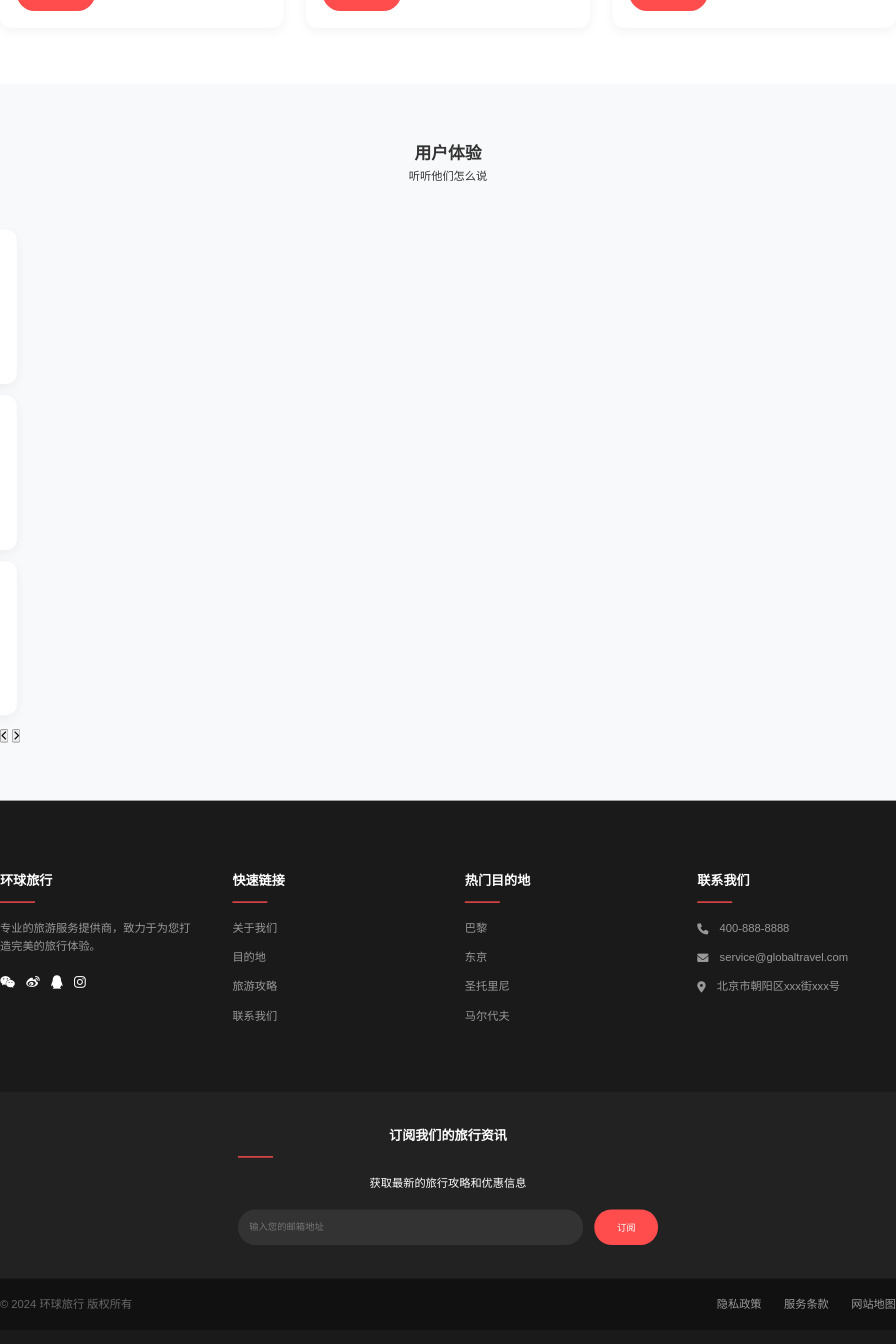
Repository: huang-heavenly-Emperor/travel_1
Page: index.html
An editor plug-in stored every save of this project. The page is shown before and after the next save, followed by the edit.
The browser window is 1280 px wide. The pictures show the part of the page from y = 2444 to 4364 px (the page is 4364 px tall before and 4339 px after), at 70% of full size.
A picture or video elsewhere on the page could not be fetched, so the positions and the page height are approximate.

Above is the page before, as saved 2024-11-18 04:02:05.
Console error: TypeError: Cannot read properties of undefined (reading 'style')

### index.html
<!DOCTYPE html>
<html lang="zh-CN">
<head>
    <meta charset="UTF-8">
    <meta name="viewport" content="width=device-width, initial-scale=1.0">
    <title>环球旅行 - 探索世界的每个角落</title>
    <link rel="stylesheet" href="/css/themes.css">
    <link rel="stylesheet" href="/css/style.css">
    <link rel="stylesheet" href="css/animations.css">
    <link rel="stylesheet" href="css/responsive.css">
    <link rel="stylesheet" href="https://cdnjs.cloudflare.com/ajax/libs/font-awesome/6.0.0/css/all.min.css">
    <script src="/js/theme.js" defer></script>
</head>
<body>
    <!-- 导航栏 -->
    <nav class="main-nav">
        <div class="nav-logo">
            <h1>环球旅行</h1>
        </div>

        <!-- 汉堡菜单按钮 -->
        <div class="hamburger">
            <span></span>
            <span></span>
            <span></span>
        </div>

        <!-- 导航菜单 -->
        <div class="nav-menu">
            <ul class="nav-links">
                <li><a href="index.html">首页</a></li>
                <li><a href="pages/about.html">关于我们</a></li>
                <li><a href="pages/destinations.html">目的地</a></li>
                <li><a href="pages/guide.html">旅游指南</a></li>
                <li><a href="pages/news-events.html">新闻活动</a></li>
                <li><a href="pages/contact.html">联系我们</a></li>
            </ul>
            <div class="theme-switch">
              <button class="theme-toggle" aria-label="切换主题">
                  <i class="fas fa-sun light-icon"></i>
                  <i class="fas fa-moon dark-icon"></i>
              </button>
          </div>
            <div class="nav-auth">
                <a href="pages/login.html" class="btn-login">登录</a>
                <a href="pages/register.html" class="btn-register">注册</a>
            </div>
        </div>
    </nav>

    <!-- 轮播图区域 -->
    <section class="hero-slider">
        <div class="slider-container">
            <div class="slide active">
                <img src="https://via.placeholder.com/1920x1080/5C6BC0/ffffff?text=Beautiful+Destination" alt="目的地">
                <div class="slide-content">
                    <h2>探索巴黎</h2>
                    <p>感受艺术与浪漫的完美融合</p>
                    <a href="pages/destinations/paris.html" class="btn-explore">立即探索</a>
                </div>
            </div>
            <div class="slide">
                <img
                    src="assets/images/placeholders/default.png"
                    data-src="assets/images/placeholders/destination-lg.png"
                    alt="旅行目的地"
                    loading="lazy"
                    class="lazy"
                >
                <div class="slide-content">
                    <h2>遇见东京</h2>
                    <p>体验传统与现代的碰撞</p>
                    <a href="pages/destinations/tokyo.html" class="btn-explore">立即探索</a>
                </div>
            </div>
            <div class="slide">
                <img src="https://via.placeholder.com/1920x1080/5C6BC0/ffffff?text=Beautiful+Destination" alt="目的地">
                <div class="slide-content">
                    <h2>圣托里尼之美</h2>
                    <p>邂逅爱琴海的浪漫风情</p>
                    <a href="pages/destinations/santorini.html" class="btn-explore">立即探索</a>
                </div>
            </div>
        </div>

        <!-- 轮播控制按钮 -->
        <div class="slider-controls">
            <button class="prev-btn"><i class="fas fa-chevron-left"></i></button>
            <button class="next-btn"><i class="fas fa-chevron-right"></i></button>
        </div>

        <!-- 轮播指示点 -->
        <div class="slider-dots">
            <span class="dot active"></span>
            <span class="dot"></span>
            <span class="dot"></span>
        </div>
    </section>

    <!-- 特色目的地 -->
    <section class="featured-destinations">
        <div class="container">
            <div class="section-header">
                <h2>热门目的地</h2>
                <p>探索世界各地的精彩景点</p>
            </div>

            <div class="destination-grid">
                <!-- 巴黎 -->
                <div class="destination-card">
                    <div class="destination-image">
                        <img src="https://picsum.photos/800/600?random=1" alt="巴黎">
                        <div class="destination-info">
                            <h3>巴黎</h3>
                            <p>浪漫之都的艺术与时尚</p>
                            <div class="destination-meta">
                                <span><i class="fas fa-map-marker-alt"></i> 法国</span>
                                <span><i class="fas fa-star"></i> 4.8</span>
                            </div>
                            <a href="#" class="btn-explore">探索更多</a>
                        </div>
                    </div>
                </div>

                <!-- 东京 -->
                <div class="destination-card">
                    <div class="destination-image">
                        <img src="https://picsum.photos/800/600?random=2" alt="东京">
                        <div class="destination-info">
                            <h3>东京</h3>
                            <p>现代与传统的完美融合</p>
                            <div class="destination-meta">
                                <span><i class="fas fa-map-marker-alt"></i> 日本</span>
                                <span><i class="fas fa-star"></i> 4.7</span>
                            </div>
                            <a href="#" class="btn-explore">探索更多</a>
                        </div>
                    </div>
                </div>

                <!-- 圣托里尼 -->
                <div class="destination-card">
                    <div class="destination-image">
                        <img src="https://picsum.photos/800/600?random=3" alt="圣托里尼">
                        <div class="destination-info">
                            <h3>圣托里尼</h3>
                            <p>爱琴海上的白色明珠</p>
                            <div class="destination-meta">
                                <span><i class="fas fa-map-marker-alt"></i> 希腊</span>
                                <span><i class="fas fa-star"></i> 4.9</span>
                            </div>
                            <a href="#" class="btn-explore">探索更多</a>
                        </div>
                    </div>
                </div>
            </div>
        </div>
    </section>

    <!-- 添加特色服务部分 -->
    <section class="features">
        <div class="container">
            <div class="section-header">
                <h2>我们的特色</h2>
                <p>为什么选择环球旅行</p>
            </div>

            <div class="features-grid">
                <div class="feature-item">
                    <i class="fas fa-map-marked-alt"></i>
                    <h3>专业规划</h3>
                    <p>个性化定制旅游路线，满足您的独特需求</p>
                </div>

                <div class="feature-item">
                    <i class="fas fa-shield-alt"></i>
                    <h3>安全保障</h3>
                    <p>全程保险覆盖，24小时专业团队支持</p>
                </div>

                <div class="feature-item">
                    <i class="fas fa-hand-holding-heart"></i>
                    <h3>优质服务</h3>
                    <p>专业导游团队，提供贴心周到的服务</p>
                </div>

                <div class="feature-item">
                    <i class="fas fa-wallet"></i>
                    <h3>价格透明</h3>
                    <p>无隐藏费用，享受最优惠的价格</p>
                </div>
            </div>
        </div>
    </section>

    <!-- 旅游攻略板块 -->
    <section class="travel-guides">
        <div class="container">
            <div class="section-header">
                <h2>旅游攻略</h2>
                <p>专业的旅行建议，让您的旅程更加完美</p>
            </div>

            <div class="guides-grid">
                <!-- 攻略卡片 1 -->
                <div class="guide-card">
                    <div class="guide-image">
                        <img src="https://via.placeholder.com/400x300/7986CB/ffffff?text=Travel+Guide" alt="旅游攻略">
                        <span class="guide-category">实用贴士</span>
                    </div>
                    <div class="guide-content">
                        <h3>首次出国旅行必备指南</h3>
                        <p>护照、签证、行李打包清单，一文掌握出国旅行的所有准备工作...</p>
                        <div class="guide-meta">
                            <span><i class="far fa-eye"></i> 2.5k 阅读</span>
                            <span><i class="far fa-clock"></i> 10 分钟</span>
                        </div>
                        <a href="pages/guides/first-trip.html" class="btn-read">阅读全文</a>
                    </div>
                </div>

                <!-- 攻略卡片 2 -->
                <div class="guide-card">
                    <div class="guide-image">
                        <img src="https://via.placeholder.com/400x300/7986CB/ffffff?text=Travel+Guide" alt="旅游攻略">
                        <span class="guide-category">预算控制</span>
                    </div>
                    <div class="guide-content">
                        <h3>如何规划一次经济实惠的欧洲之旅</h3>
                        <p>机票、住宿、交通、美食，教你如何用最少的预算体验最棒的欧洲之旅...</p>
                        <div class="guide-meta">
                            <span><i class="far fa-eye"></i> 3.1k 阅读</span>
                            <span><i class="far fa-clock"></i> 15 分钟</span>
                        </div>
                        <a href="pages/guides/budget-europe.html" class="btn-read">阅读全文</a>
                    </div>
                </div>

                <!-- 攻略卡片 3 -->
                <div class="guide-card">
                    <div class="guide-image">
                        <img src="https://via.placeholder.com/400x300/7986CB/ffffff?text=Travel+Guide" alt="旅游攻略">
                        <span class="guide-category">摄影技巧</span>
                    </div>
                    <div class="guide-content">
                        <h3>旅行摄影入门：记录完美瞬间</h3>
                        <p>构图技巧、相机设置、后期处理，让您的旅行照片更加专业...</p>
                        <div class="guide-meta">
                            <span><i class="far fa-eye"></i> 1.8k 阅读</span>
                            <span><i class="far fa-clock"></i> 12 分钟</span>
                        </div>
                        <a href="pages/guides/photography.html" class="btn-read">阅读全文</a>
                    </div>
                </div>
            </div>
        </div>
    </section>

    <!-- 用户评价展示 -->
    <section class="testimonials">
        <div class="container">
            <div class="section-header">
                <h2>用户体验</h2>
                <p>听听他们怎么说</p>
            </div>

            <div class="testimonials-slider">
                <!-- 评价卡片 1 -->
                <div class="testimonial-card">
                    <div class="testimonial-header">
                        <img src="https://picsum.photos/80/80?random=4" alt="用户头像" class="user-avatar">
                        <div class="user-info">
                            <h4>张先生</h4>
                            <div class="rating">
                                <i class="fas fa-star"></i>
                                <i class="fas fa-star"></i>
                                <i class="fas fa-star"></i>
                                <i class="fas fa-star"></i>
                                <i class="fas fa-star"></i>
                            </div>
                        </div>
                    </div>
                    <div class="testimonial-content">
                        <p>"环球旅行的服务真的很棒！导游专业又热情，行程安排也很合理。最让我印象深刻的是他们的心服务，全程无忧。"</p>
                    </div>
                    <div class="testimonial-footer">
                        <span>巴黎深度游</span>
                        <span>2024-03-15</span>
                    </div>
                </div>

                <!-- 评价卡片 2 -->
                <div class="testimonial-card">
                    <div class="testimonial-header">
                        <img src="https://picsum.photos/80/80?random=5" alt="用户头像" class="user-avatar">
                        <div class="user-info">
                            <h4>李女士</h4>
                            <div class="rating">
                                <i class="fas fa-star"></i>
                                <i class="fas fa-star"></i>
                                <i class="fas fa-star"></i>
                                <i class="fas fa-star"></i>
                                <i class="fas fa-star-half-alt"></i>
                            </div>
                        </div>
                    </div>
                    <div class="testimonial-content">
                        <p>"这是我第一次跟团出国，本来很担心语言不通，但是环球旅行的服务打消了我所有顾虑。行程丰富，住宿舒适。"</p>
                    </div>
                    <div class="testimonial-footer">
                        <span>日本关东游</span>
                        <span>2024-03-10</span>
                    </div>
                </div>

                <!-- 评价卡片 3 -->
                <div class="testimonial-card">
                    <div class="testimonial-header">
                        <img src="https://picsum.photos/80/80?random=6" alt="用户头像" class="user-avatar">
                        <div class="user-info">
                            <h4>王先生</h4>
                            <div class="rating">
                                <i class="fas fa-star"></i>
                                <i class="fas fa-star"></i>
                                <i class="fas fa-star"></i>
                                <i class="fas fa-star"></i>
                                <i class="fas fa-star"></i>
                            </div>
                        </div>
                    </div>
                    <div class="testimonial-content">
                        <p>"定制旅行服务非常专业，完全按照我们的需求来安排。价格透明，没有任何隐藏费用。强烈推荐！"</p>
                    </div>
                    <div class="testimonial-footer">
                        <span>希腊浪漫之旅</span>
                        <span>2024-03-05</span>
                    </div>
                </div>
            </div>

            <!-- 轮播控制 -->
            <div class="testimonial-controls">
                <button class="prev-btn"><i class="fas fa-chevron-left"></i></button>
                <button class="next-btn"><i class="fas fa-chevron-right"></i></button>
            </div>
        </div>
    </section>

    <!-- 页脚部分 -->
    <footer class="footer">
        <div class="footer-top">
            <div class="container">
                <div class="footer-grid">
                    <!-- 公司简介 -->
                    <div class="footer-company">
                        <h3>环球旅行</h3>
                        <p>专业的旅游服务提供商，致力于为您打造完美的旅行体验。</p>
                        <div class="social-links">
                            <a href="#"><i class="fab fa-weixin"></i></a>
                            <a href="#"><i class="fab fa-weibo"></i></a>
                            <a href="#"><i class="fab fa-qq"></i></a>
                            <a href="#"><i class="fab fa-instagram"></i></a>
                        </div>
                    </div>

                    <!-- 快速链接 -->
                    <div class="footer-links">
                        <h3>快速链接</h3>
                        <ul>
                            <li><a href="pages/about.html">关于我们</a></li>
                            <li><a href="pages/destinations.html">目的地</a></li>
                            <li><a href="pages/travel-tips.html">旅游攻略</a></li>
                            <li><a href="pages/contact.html">联系我们</a></li>
                        </ul>
                    </div>

                    <!-- 热门目的地 -->
                    <div class="footer-destinations">
                        <h3>热门目的地</h3>
                        <ul>
                            <li><a href="#">巴黎</a></li>
                            <li><a href="#">东京</a></li>
                            <li><a href="#">圣托里尼</a></li>
                            <li><a href="#">马尔代夫</a></li>
                        </ul>
                    </div>

                    <!-- 联系方式 -->
                    <div class="footer-contact">
                        <h3>联系我们</h3>
                        <ul>
                            <li><i class="fas fa-phone"></i> 400-888-8888</li>
                            <li><i class="fas fa-envelope"></i> service@globaltravel.com</li>
                            <li><i class="fas fa-map-marker-alt"></i> 北京市朝阳区xxx街xxx号</li>
                        </ul>
                    </div>
                </div>
            </div>
        </div>

        <!-- 订阅newsletter -->
        <div class="footer-newsletter">
            <div class="container">
                <div class="newsletter-content">
                    <h3>订阅我们的旅行资讯</h3>
                    <p>获取最新的旅行攻略和优惠信息</p>
                    <form class="newsletter-form">
                        <input type="email" placeholder="输入您的邮箱地址">
                        <button type="submit">订阅</button>
                    </form>
                </div>
            </div>
        </div>

        <!-- 页脚底部 -->
        <div class="footer-bottom">
            <div class="container">
                <div class="footer-bottom-content">
                    <p>&copy; 2024 环球旅行 版权所有</p>
                    <div class="footer-bottom-links">
                        <a href="#">隐私政策</a>
                        <a href="#">服务条款</a>
                        <a href="#">网站地图</a>
                    </div>
                </div>
            </div>
        </div>
    </footer>
    <script src="/js/main.js" defer></script>
</body>
</html>

### css/themes.css
/* 浅色主题 */
[data-theme="light"] {
    --primary-color: #5C6BC0;      /* 主题色 */
    --primary-light: #8E99F3;      /* 主题色-浅色 */
    --primary-dark: #26418F;       /* 主题色-深色 */

    --secondary-color: #26A69A;    /* 次要色 */
    --accent-color: #FF7043;       /* 强调色 */

    --bg-primary: #ffffff;         /* 主背景色 */
    --bg-secondary: #f8f9fa;       /* 次要背景色 */
    --bg-accent: #e9ecef;          /* 强调背景色 */

    --text-primary: #333333;       /* 主文本色 */
    --text-secondary: #666666;     /* 次要文本色 */
    --text-light: #999999;         /* 浅色文本 */

    --border-color: #e0e0e0;       /* 边框颜色 */
    --shadow-color: rgba(0,0,0,0.1); /* 阴影颜色 */
}

/* 深色主题 */
[data-theme="dark"] {
    --primary-color: #7986CB;
    --primary-light: #9FA8DA;
    --primary-dark: #5C6BC0;

    --secondary-color: #4DB6AC;
    --accent-color: #FF8A65;

    --bg-primary: #1a1a1a;
    --bg-secondary: #2d2d2d;
    --bg-accent: #333333;

    --text-primary: #ffffff;
    --text-secondary: #cccccc;
    --text-light: #999999;

    --border-color: #404040;
    --shadow-color: rgba(0,0,0,0.3);
}

### css/animations.css
/* 导航链接悬停动画 */
.nav-links a:hover {
    color: #007bff;
    transform: translateY(-2px);
}

/* 轮播图动画 */
.fade {
    animation: fadeEffect 1.5s ease-in-out;
}

@keyframes fadeEffect {
    from {
        opacity: 0;
    }
    to {
        opacity: 1;
    }
}

/* 关于页面动画 */
@keyframes fadeInDown {
    from {
        opacity: 0;
        transform: translateY(-30px);
    }
    to {
        opacity: 1;
        transform: translateY(0);
    }
}

@keyframes fadeInUp {
    from {
        opacity: 0;
        transform: translateY(30px);
    }
    to {
        opacity: 1;
        transform: translateY(0);
    }
}

/* 滚动显示动画 */
.scroll-reveal {
    opacity: 0;
    transform: translateY(30px);
    transition: all 0.8s ease;
}

.scroll-reveal.active {
    opacity: 1;
    transform: translateY(0);
}

### css/responsive.css
/* 响应式布局 */
@media screen and (max-width: 768px) {
    .nav-links {
        display: none; /* 移动端菜单将通过JS控制显示 */
    }

    .hero-slider {
        height: 50vh;
    }

    .destination-grid {
        grid-template-columns: repeat(2, 1fr);
    }

    .destination-image {
        height: 250px;
    }
}

@media screen and (max-width: 480px) {
    .nav-auth {
        display: none;
    }

    .hero-slider {
        height: 40vh;
    }

    .destination-grid {
        grid-template-columns: 1fr;
    }

    .destination-image {
        height: 200px;
    }
}

/* 页脚响应式样式 */
@media screen and (max-width: 768px) {
    .footer-content {
        flex-direction: column;
    }

    .footer-section {
        min-width: 100%;
    }

    .footer-section.about {
        text-align: center;
    }

    .footer-section h3::before {
        left: 50%;
        transform: translateX(-50%);
    }
}

/* 移动端导航样式 */
@media screen and (max-width: 768px) {
    .hamburger {
        display: block;
    }

    .nav-menu {
        position: fixed;
        top: 0;
        right: -100%;
        width: 80%;
        height: 100vh;
        background: #fff;
        flex-direction: column;
        padding: 80px 40px;
        transition: 0.3s ease;
    }

    .nav-menu.active {
        right: 0;
    }

    .nav-links {
        flex-direction: column;
        align-items: center;
    }

    .nav-auth {
        flex-direction: column;
        align-items: center;
        margin-top: 2rem;
    }
}

/* 关于页面响应式样式 */
@media screen and (max-width: 768px) {
    .about-header {
        height: 40vh;
    }

    .header-content h1 {
        font-size: 2rem;
    }

    .company-intro .container {
        flex-direction: column;
        gap: 2rem;
    }

    .intro-content, .intro-image {
        width: 100%;
    }

    .values-grid {
        grid-template-columns: 1fr;
    }

    .team-grid {
        grid-template-columns: repeat(auto-fit, minmax(200px, 1fr));
    }
}

@media screen and (max-width: 480px) {
    .about-header {
        height: 30vh;
    }

    .header-content h1 {
        font-size: 1.5rem;
    }

    .member-image {
        height: 250px;
    }
}

Loaded but not shown: js/main.js (223 lines, source omitted); js/theme.js (16 lines, source omitted); css/style.css (896 lines, source omitted)

After the next save:
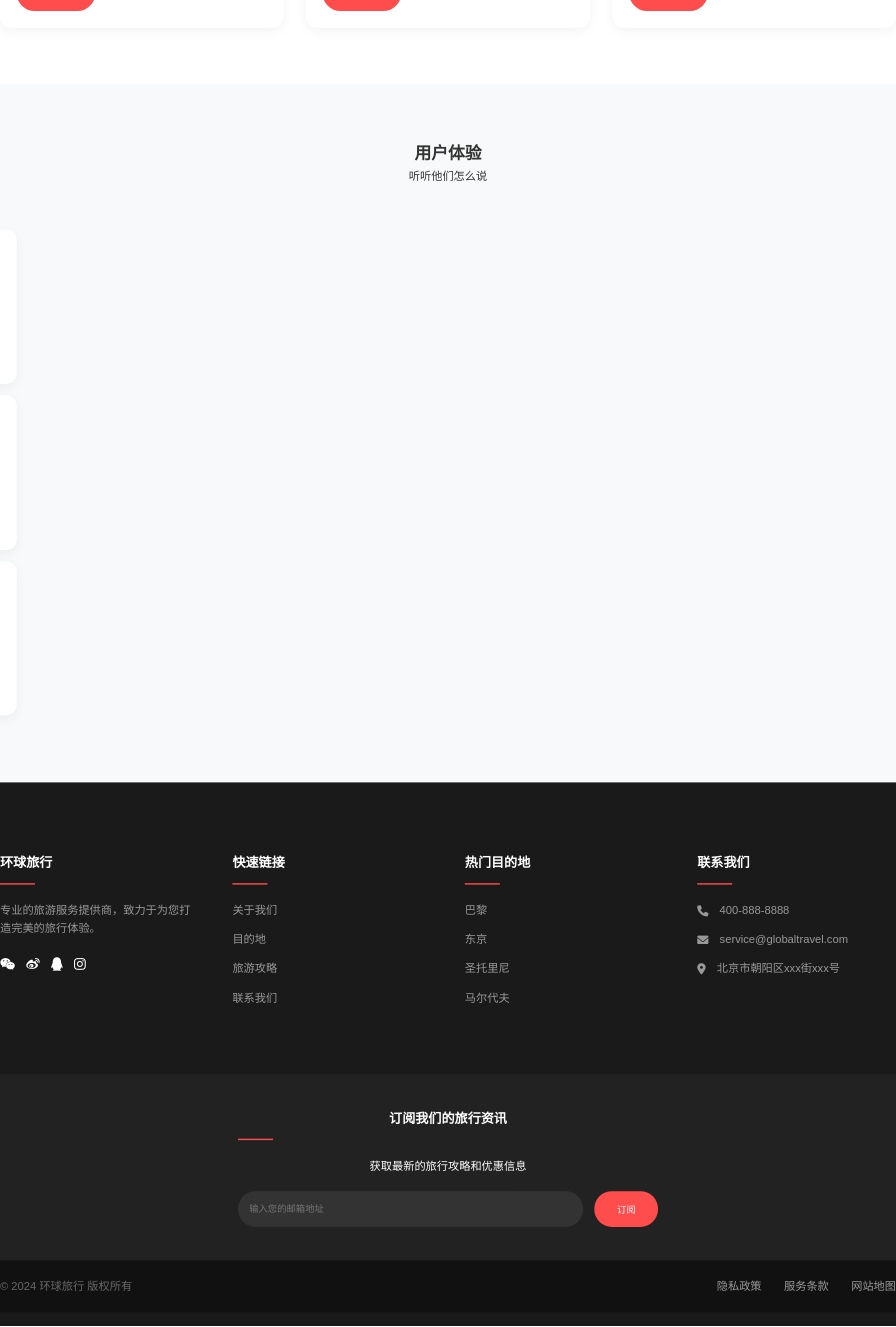
Saved 41 s later.
--- a/index.html
+++ b/index.html
@@ -338,11 +338,6 @@
                 </div>
             </div>
 
-            <!-- 轮播控制 -->
-            <div class="testimonial-controls">
-                <button class="prev-btn"><i class="fas fa-chevron-left"></i></button>
-                <button class="next-btn"><i class="fas fa-chevron-right"></i></button>
-            </div>
         </div>
     </section>
 
